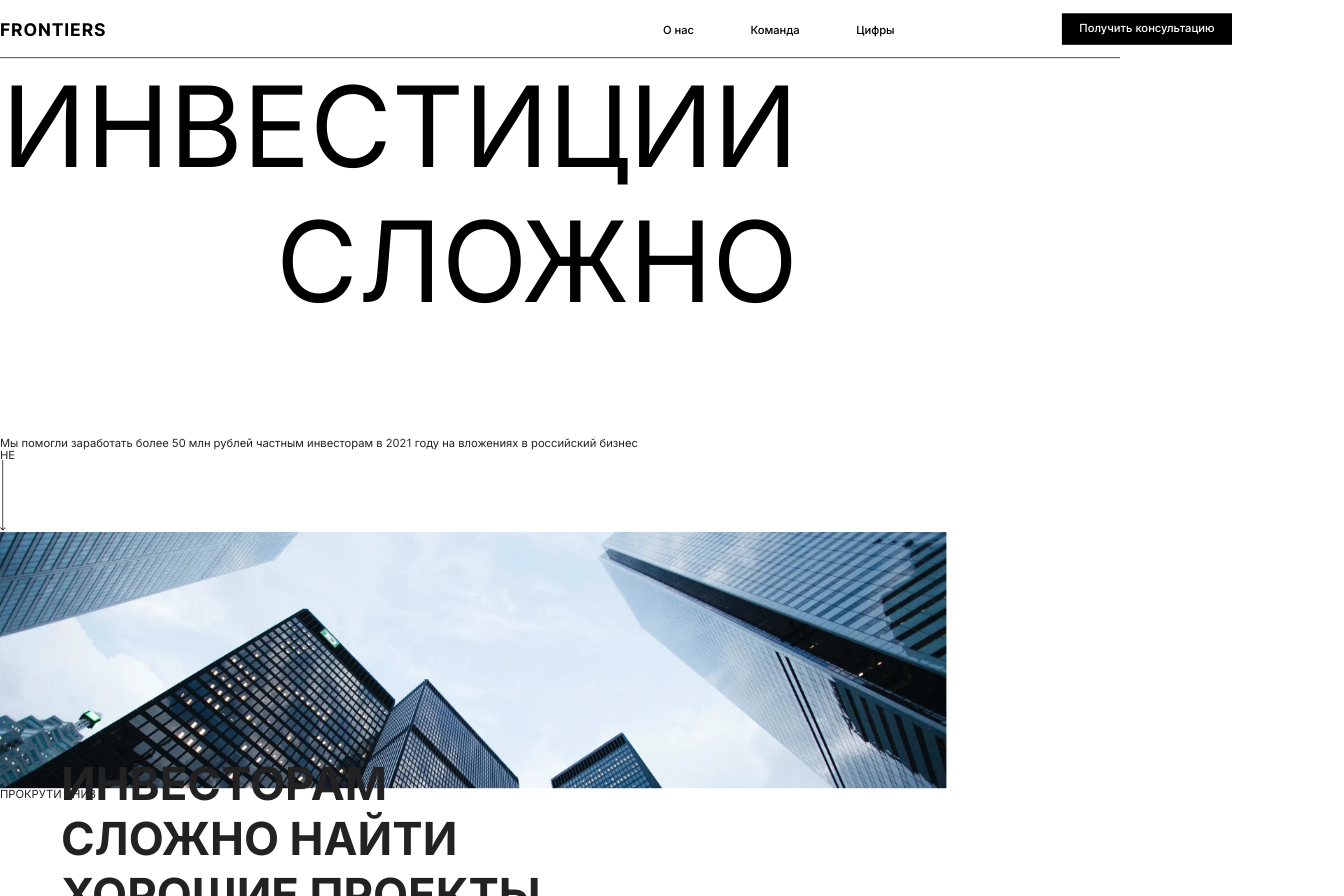
Repository: NadyaKorvin/frontiers
Page: /
An editor plug-in stored every save of this project. The page is shown before and after the next save, followed by the edit.
The browser window is 1280 px wide. The page is 1920 px wide, so the pictures cover 1920 px, including what lies to the right of the window. The pictures show the part of the page from y = 0 to 1280 px (the page is 2633 px tall), at 70% of full size.
The project was rebuilt for these pictures with package versions that can differ from the ones it lists, and the page was loaded fresh each time.

Above is the page before, as saved 2022-05-26 14:35:15.

### public/index.html
<!DOCTYPE html>
<html lang="en">
  <head>
    <meta charset="utf-8" />
    <link rel="icon" href="%PUBLIC_URL%/favicon.ico" />
    <meta name="viewport" content="width=device-width, initial-scale=1" />
    <meta name="theme-color" content="#000000" />
    <meta name="description" content="Web site created using create-react-app" />
    <link rel="apple-touch-icon" href="%PUBLIC_URL%/logo192.png" />
    <link rel="manifest" href="%PUBLIC_URL%/manifest.json" />
    <link rel="preconnect" href="https://fonts.googleapis.com" />
    <link rel="preconnect" href="https://fonts.gstatic.com" crossorigin />
    <link href="https://fonts.googleapis.com/css2?family=Inter:wght@300;400;500;700&display=swap" rel="stylesheet" />
    <title>FRONTIERS</title>
  </head>
  <body>
    <noscript>You need to enable JavaScript to run this app.</noscript>
    <div id="root"></div>
  </body>
</html>

### src/index.js
import React from "react"
import ReactDOM from "react-dom/client"

import App from "./App"

const root = ReactDOM.createRoot(document.getElementById("root"))
root.render(
  <React.StrictMode>
    <App />
  </React.StrictMode>
)

### src/App.js
import { useState } from "react";
import "./App.css";
import { SecondScreenAnimation } from "./components/secondScreen/SecondScreenAnimation";
import FirstScreen from "./components/firstScreen/FirstScreen";
import LastScreen from "./components/lastScreen/LastScreen";

function App() {
  const [mousePosition, setMousePosition] = useState("");

  const listenUpperMousePosition = (event) => {
    console.log(event);
    console.log(event.target);
    setMousePosition(event.target);
  };

  return (
    <>
      <FirstScreen />
      <div className="App">
        <SecondScreenAnimation listenMousePosition={listenUpperMousePosition} />
      </div>
      <LastScreen />
    </>
  );
}
export default App;

### src/App.css
@import url("./reset.css");
@import url("./components/secondScreen/SecondScreen.css");
@import url("./font/font.css");
@import url("./components/firstScreen/FirstScreen.css");
@import url("./components/lastScreen/LastScreen.css");
@import url("./components/button/Button.css");
@import url("./components/form/Form.css");

body {
  font-family: "Inter";
}

### src/components/secondScreen/SecondScreenAnimation.js
export function SecondScreenAnimation({ listenMousePosition, mousePosition }) {
  let goUp = ""
  const goUpBlackLines = (mousePosition) => {
    if (mousePosition === "animation__text_first_part") {
      goUp = "up"
      return goUp
    }
  }
  goUpBlackLines(mousePosition)
  console.log(goUp)
  return (
    <div className="animation__text_block">
      {goUp != "up" ? (
        <div>
          <div className="animation__text" onMouseOver={listenMousePosition}>
            <p className="animation__text_first_part">Инвесторам сложно найти хорошие проекты,</p>
            <p className="animation__text_second_part">а хорошим проектам — инвестиции.</p>
          </div>
          <div className="animation__black_lines">
            <div className="animation__1th_black_line"></div>
            <div className="animation__2th_black_line"></div>
            <div className="animation__3th_black_line"></div>
          </div>
        </div>
      ) : (
        <div>
          <div className="animation__text" onMouseOver={listenMousePosition}>
            <p className="animation__text_first_part" style={{ color: "#fff" }}>
              Инвесторам сложно найти хорошие проекты,
            </p>
            <p className="animation__text_second_part" style={{ color: "#000" }}>
              а хорошим проектам — инвестиции.
            </p>
          </div>
          <div className="animation__black_lines">
            <div className="animation__1th_black_line" style={{ width: "484px", marginTop: "-475px" }}></div>
            <div className="animation__2th_black_line" style={{ width: "586px" }}></div>
            <div className="animation__3th_black_line" style={{ width: "722px" }}></div>
          </div>
        </div>
      )}
    </div>
  )
}

### src/components/firstScreen/FirstScreen.js
import React from "react";
import image from "./image.webp";

export default function firstScreen() {
  const pointer = (
    <svg
      width="8"
      height="101"
      viewBox="0 0 8 101"
      fill="none"
      xmlns="http://www.w3.org/2000/svg"
    >
      <path
        d="M4.35355 100.356C4.15829 100.551 3.84171 100.551 3.64645 100.356L0.464466 97.1735C0.269204 96.9783 0.269204 96.6617 0.464466 96.4664C0.659728 96.2712 0.976311 96.2712 1.17157 96.4664L4 99.2948L6.82843 96.4664C7.02369 96.2712 7.34027 96.2712 7.53553 96.4664C7.7308 96.6617 7.7308 96.9783 7.53553 97.1735L4.35355 100.356ZM3.5 100.002L3.5 0.00195312H4.5L4.5 100.002H3.5Z"
        fill="black"
      />
    </svg>
  );

  return (
    <>
      <section className="firstscreen">
        <header className="firstscreen__header">
          <div className="firstscreen__logotype">FRONTIERS</div>
          <div className="firstscreen__menu">
            <div className="firstscreen__nav">
              <nav className="firstscreen__nav_team">
                <ul>О нас</ul>
                <ul>Команда</ul>
                <ul>Цифры</ul>
              </nav>
            </div>
            <div className="firstscreen__button">
              <p className="firstscreen__text_btn">Получить консультацию</p>
            </div>
          </div>
        </header>
        <div className="firstscreen__content">
          <div className="firstscreen__content_left_text">
            <p>ИНВЕСТИЦИИ</p>
            <p>СЛОЖНО</p>
          </div>
          <div className="firstscreen__content_rihgt_text"></div>
          <p>
            Мы помогли заработать более 50 млн рублей частным инвесторам в 2021
            году на вложениях в российский бизнес
          </p>
          <p>НЕ</p>
          <div className="firstscreen__content_bottom_content">
            <div className="firstscreen__content_pointer">{pointer}</div>
            <img src={image} alt="" className="first__img" />
          </div>
          <p>ПРОКРУТИ ВНИЗ</p>
        </div>
      </section>
    </>
  );
}

### src/components/lastScreen/LastScreen.js
import React from "react";
import Form from "../form/Form"
import LogoKojo from "./LogoKojo"

export default function LastScreen() {
  return (
    <>
      <section className="lastscreen">
        <div className="lastscreen__wrapper">
          <div className="lastscreen__left_content">
            <p>
              ОТПРАВЬТЕ НАМ ЗАЯВКУ НА КОНСУЛЬТАЦИЮ И МЫ ПОДБЕРЕМ ДЛЯ ВАС
              НАИБОЛЕЕ ПОДХОДЯЩУЮ СТРАТЕГИЮ
            </p>
          </div>
          <div className="lastscreen__right_content">
            <div className="lastscreen__text_form">
              <p>ЗАПОЛНИТЕ ФОРМУ И МЫ С ВАМИ СВЯЖЕМСЯ В БЛИЖАЙШЕЕ ВРЕМЯ</p>
            </div>
            <Form />
          </div>
        </div>
        <footer className="lastscreen__footer">
          <div className="lastscreen__contact">
            <p>КОНТАКТЫ</p>
            <p>Санкт-Петербург, Невский пр-кт, 71 (5 этаж)</p>
            <p>+7 000 987 6543</p>
            <p><a href="mailto:info@frontiers.ru" >info@frontiers.ru</a></p>
          </div>
          <div className="lastscreen__design">
            <p>Дизайн и разработка</p>
            <LogoKojo />
          </div>
          <div className="lastscreen__frontiers">
            <p>FRONTIERS</p>
            <p>Политика конфиденциальности</p>
            <p>© 2022 Frontiers Group</p>
          </div>
        </footer>
      </section>
    </>
  );
}

### src/reset.css
html,
body,
div,
span,
applet,
object,
iframe,
h1,
h2,
h3,
h4,
h5,
h6,
p,
blockquote,
pre,
a,
abbr,
acronym,
address,
big,
cite,
code,
del,
dfn,
em,
img,
ins,
kbd,
q,
s,
samp,
small,
strike,
strong,
sub,
sup,
tt,
var,
b,
u,
i,
center,
dl,
dt,
dd,
ol,
ul,
li,
fieldset,
form,
label,
legend,
table,
caption,
tbody,
tfoot,
thead,
tr,
th,
td,
article,
aside,
canvas,
details,
embed,
figure,
figcaption,
footer,
header,
hgroup,
menu,
nav,
output,
ruby,
section,
summary,
time,
mark,
audio,
video {
  margin: 0;
  padding: 0;
  border: 0;
  font-size: 100%;
  font: inherit;
  vertical-align: baseline;
}

:focus {
  outline: 0;
}

article,
aside,
details,
figcaption,
figure,
footer,
header,
hgroup,
menu,
nav,
section {
  display: block;
}

body {
  line-height: 1;
}

ol,
ul {
  list-style: none;
}

blockquote,
q {
  quotes: none;
}

blockquote:before,
blockquote:after,
q:before,
q:after {
  content: "";
  content: none;
}

table {
  border-collapse: collapse;
  border-spacing: 0;
}

input[type="search"]::-webkit-search-cancel-button,
input[type="search"]::-webkit-search-decoration,
input[type="search"]::-webkit-search-results-button,
input[type="search"]::-webkit-search-results-decoration {
  -webkit-appearance: none;
  -moz-appearance: none;
}

input[type="search"] {
  -webkit-appearance: none;
  -moz-appearance: none;
  -webkit-box-sizing: content-box;
  -moz-box-sizing: content-box;
  box-sizing: content-box;
}

textarea {
  overflow: auto;
  vertical-align: top;
  resize: vertical;
}

[hidden] {
  display: none;
}

html {
  font-size: 100%; /* 1 */
  -webkit-text-size-adjust: 100%; /* 2 */
  -ms-text-size-adjust: 100%; /* 2 */
}

a:focus {
  outline: thin dotted;
}

a:active,
a:hover {
  outline: 0;
}

img {
  border: 0;
  -ms-interpolation-mode: bicubic;
}

figure {
  margin: 0;
}

form {
  margin: 0;
}

fieldset {
  border: 1px solid #c0c0c0;
  margin: 0 2px;
  padding: 0.35em 0.625em 0.75em;
}

legend {
  border: 0; /* 1 */
  padding: 0;
  white-space: normal; /* 2 */
  *margin-left: -7px; /* 3 */
}

button,
input,
select,
textarea {
  font-size: 100%; /* 1 */
  margin: 0; /* 2 */
  vertical-align: baseline; /* 3 */
  *vertical-align: middle; /* 3 */
}

button,
input {
  line-height: normal;
}

button,
select {
  text-transform: none;
}

button,
html input[type="button"], /* 1 */
input[type="reset"],
input[type="submit"] {
  -webkit-appearance: button; /* 2 */
  cursor: pointer; /* 3 */
  *overflow: visible; /* 4 */
}

button[disabled],
html input[disabled] {
  cursor: default;
}

input[type="checkbox"],
input[type="radio"] {
  box-sizing: border-box; /* 1 */
  padding: 0; /* 2 */
  *height: 13px; /* 3 */
  *width: 13px; /* 3 */
}

input[type="search"] {
  -webkit-appearance: textfield; /* 1 */
  -moz-box-sizing: content-box;
  -webkit-box-sizing: content-box; /* 2 */
  box-sizing: content-box;
}

input[type="search"]::-webkit-search-cancel-button,
input[type="search"]::-webkit-search-decoration {
  -webkit-appearance: none;
}

button::-moz-focus-inner,
input::-moz-focus-inner {
  border: 0;
  padding: 0;
}

textarea {
  overflow: auto; /* 1 */
  vertical-align: top; /* 2 */
}

table {
  border-collapse: collapse;
  border-spacing: 0;
}

html,
button,
input,
select,
textarea {
  color: #222;
}

::-moz-selection {
  background: #b3d4fc;
  text-shadow: none;
}

::selection {
  background: #b3d4fc;
  text-shadow: none;
}

img {
  vertical-align: middle;
}

fieldset {
  border: 0;
  margin: 0;
  padding: 0;
}

textarea {
  resize: vertical;
}

.chromeframe {
  margin: 0.2em 0;
  background: #ccc;
  color: #000;
  padding: 0.2em 0;
}

### src/components/secondScreen/SecondScreen.css
.second__screen {
  display: flex;
  justify-content: space-between;
  margin: 0 auto;
  margin-top: 174px;
  /* придкмать решение сделать по центру*/
  display: flex;
  width: 1600px;
  height: 733px;
}

.animation__text_block {
  display: block;
  margin-left: 87px;
}

.animation__text_first_part,
.animation__text_second_part {
  width: 770px;
  text-transform: uppercase;
  font-size: 65px;
  font-weight: 700;
  line-height: 79px;
  transition: 0.6s ease-out;
}

.animation__text_second_part {
  color: #fff;
}

.animation__black_lines {
  margin-left: -10px;
  margin-top: -236px;
}

.animation__1th_black_line {
  margin-bottom: 5px;
  height: 75px;
  width: 444px;
  background-color: #000;
  transition: 0.6s ease-out;
}

.animation__2th_black_line {
  margin-bottom: 5px;
  height: 75px;
  width: 475px;
  background-color: #000;
  transition: 0.6s ease-out;
}
.animation__3th_black_line {
  height: 75px;
  width: 502px;
  background-color: #000;
  transition: 0.6s ease-out;
}

.right__part {
  display: flex;
  margin-left: 190px;
  flex-direction: column;
}

.conversation__image {
  margin-right: 222px;
  display: block;
  width: 400px;
  height: 400px;
  background: url("../secondScreen/people.png");
}

.decoration_marks {
  margin-top: -110px;
  transform: rotate(-180deg);
  font-size: 200px;
  font-weight: 300;
}

.text_paragraph {
  margin-left: 90px;
  width: 431px;
  font-size: 18px;
  font-weight: 400;
  line-height: 23px;
  text-transform: uppercase;
  line-height: 130%;
}

### src/font/font.css
@font-face {
  font-family: "Inter";
  src:
    url("./Inter-Bold.ttf") format("truetype")
    url("./Inter-Bold.woff2") format("woff2"),
    url("./Inter-Bold.woff") format("woff");
  font-weight: 700;
  font-style: normal;
  font-stretch: normal;
  unicode-range: U+0020-E0D0;
}

@font-face {
  font-family: "Inter";
  src:
    url("./Inter-Regular.woff2") format("woff2"),
    url("./Inter-Regular.ttf") format("truetype")
    url("./Inter-Regular.woff") format("woff");
  font-weight: 400;
  font-style: normal;
  font-stretch: normal;
  unicode-range: U+0020-E0D0;
}

@font-face {
    font-family:'Inter Medium';
    src:
        url("./Inter-Medium.ttf") format("truetype")
        url('Inter-Medium.woff2') format('woff2'),
		url('Inter-Medium.woff') format('woff');
    font-weight: 500;
    font-style: normal;
    font-stretch: normal;
    unicode-range: U+0020-E0D0;
}

@font-face {
    font-family:'Inter Light';
    src:
        url("./Inter-Light.ttf") format("truetype")
        url('Inter-Light.woff2') format('woff2'),
		url('Inter-Light.woff') format('woff');
    font-weight: 300;
    font-style: normal;
    font-stretch: normal;
    unicode-range: U+0020-E0D0;
}

### src/components/firstScreen/FirstScreen.css
.firstscreen {
  height: 1080px;
}

.firstscreen__header {
  width: 1600px;
  height: 82px;
  margin: 0 auto;
  border-bottom: 1px solid #000000;
  display: flex;
  justify-content: space-between;
}

.firstscreen__logotype {
  width: 151px;
  height: 30px;
  padding-top: 27px;
  font-family: "Inter";
  font-style: normal;
  font-weight: 700;
  font-size: 25px;
  line-height: 30px;
  letter-spacing: 0.05em;
  color: #000000;
}

.firstscreen__menu {
  padding-top: 33px;
  width: 653px;
  display: flex;
  justify-content: space-between;
}

.firstscreen__nav {
  width: 331px;
}

.firstscreen__nav_team {
  display: flex;
  justify-content: space-between;

  font-family: "Inter";
  font-style: normal;
  font-weight: 500;
  font-size: 16px;
  line-height: 19px;

  color: #000000;
}

.firstscreen__button {
  position: absolute;
  width: 243px;
  height: 45px;
  left: 1517px;
  top: 19px;
  background: #000000;
}

.firstscreen__text_btn {
  padding-top: 12px;
  padding-bottom: 12px;
  font-family: "Inter";
  font-style: normal;
  font-weight: 500;
  font-size: 16px;
  line-height: 19px;
  text-align: center;
  color: #ffffff;
}

.firstscreen__content {
  margin: 0 auto;
  width: 1600px;
}

.firstscreen__content_left_text {
  width: 1140px;
  height: 542px;
  display: inline-block;
  vertical-align: auto;
  text-align: end;
  font-family: "Inter";
  font-style: normal;
  font-weight: 400;
  font-size: 160px;
  line-height: 194px;
  text-transform: uppercase;

  color: #000000;
}

.firstscreen__img {
  position: absolute;
  top: 714px;
  left: 568px;
  width: 1352px;
  height: 366px;
}

### src/components/lastScreen/LastScreen.css
.lastscreen {
  width: 1920px;
  height: 1080px;
}

.lastscreen__wrapper {
  position: relative;
  top: 109px;
  left: 170px;
  display: flex;
  justify-content: space-between;
  width: 1590px;
  height: 553px;
}

.lastscreen__left_content {
  position: relative;
  width: 775px;
  height: 553px;
  box-sizing: border-box;
  font-family: "Inter";
  font-style: normal;
  font-weight: 700;
  font-size: 65px;
  line-height: 79px;
  text-transform: uppercase;
  color: #000000;
}

.lastscreen__right_content {
  position: relative;
  width: 529px;
  height: 553px;
}

.lastscreen__text_form {
  width: 529px;
  height: 46px;
  left: 1231px;
  top: 4438px;
  font-family: "Inter";
  font-style: normal;
  font-weight: 400;
  font-size: 18px;
  line-height: 130%;
  text-transform: uppercase;
  color: #000000;
}

.lastscreen__footer {
  position: relative;
  margin: 308px 160px 0;
  width: 1600px;
  border-top: 1px solid #000000;
  bottom: 0px;
  display: flex;
  justify-content: space-between;
}

.lastscreen__contact {
  width: 357px;
}

.lastscreen__contact > p:nth-child(1) {
  padding: 33px 0 20px;
  font-family: "Inter";
  font-style: normal;
  font-weight: 700;
  font-size: 25px;
  line-height: 30px;
  color: #000000;
}

.contact > p:nth-child(2),
.contact > p:nth-child(3),
.contact > p:nth-child(4) {
  padding-bottom: 15px;
}

.design {
  padding-top: 150px;
  width: 260px;
  display: flex;
  margin-left: -80px;
  justify-content: space-between;
}

.frontiers {
  width: 250px;
  text-align: end;
}

.lastscreen__frontiers > p:nth-child(1) {
    padding: 30px 0 57px;
    font-family: "Inter";
    font-style: normal;
    font-weight: 700;
    font-size: 25px;
    line-height: 30px;
    color: #000000;
  }

.lastscreen__frontiers > p:nth-child(2),
.lastscreen__frontiers > p:nth-child(3) {
    padding-bottom: 15px;
}

a {
    text-decoration: none;
    color: #000000;
}

### src/components/button/Button.css
.form__button {
  position: relative;
  display: block;
  width: 243px;
  height: 55px;
  font-family: "Inter";
  font-size: 16px;
  background-color: #000000;
  border: 0;
  text-align: center;
  cursor: pointer;
  font-family: "Inter";
  font-style: normal;
  font-weight: 500;
  font-size: 16px;
  line-height: 19px;
  color: #ffffff;
}

### src/components/form/Form.css
.form {
  margin-top: 60px;
  width: 529px;
  height: 355px;
  border-top: 1px solid #d1d1d1;
}

.form__input,
.form__textarea {
  width: 529px;
  height: 80px;
  border: 0;
  outline: none;
  font-size: 18px;
  color: #000000;
  text-transform: uppercase;
}

.form__textarea {
  height: 80px;
  line-height: 80px;
  overflow: hidden;
  /* resize: none; */
}

.form__borders {
  border-bottom: 1px solid #d1d1d1;
}

.form__consent {
  display: -webkit-box;
  display: -ms-flexbox;
  display: flex;
  margin: 30px 0 0;
}

.form__policy_text {
  margin-top: 15px;
  margin-left: 15px;
  width: 250px;
  height: 40px;
  box-sizing: border-box;
  font-family: "Inter";
  font-style: normal;
  font-weight: 400;
  font-size: 13px;
  line-height: 150%;
  color: #787878;
}

.form__checkbox {
  opacity: 0;
  width: 0;
}

.form__checkfake {
  margin: 15px 0;
  display: block;
  width: 15px;
  height: 15px;
  border: 1px solid #1f1f1f;
  cursor: pointer;
}

.form__checkfake::before {
  content: "";
  position: absolute;
  display: block;
  width: 14px;
  height: 14px;
  background: url("./checkmark.svg");
  opacity: 0;
}

.form__checkbox:checked + .form__checkfake::before {
  opacity: 1;
}

.form__focus {
  text-transform: uppercase;
  color: #ff0000;
  margin-bottom: 10px;
  font-size: 13px;
}

.form__focus_consent {
  position: relative;
  top: 10px;
  text-transform: uppercase;
  color: #ff0000;
  font-size: 13px;
}

.form__btn {
    margin-top: 14px;
  position: relative;
  overflow: hidden;
}

### src/components/button/Button.js
import React from "react";

export default function Button({ title }) {
  return (
    <>
      <button className="form__button" >
        {title}
      </button>
    </>
  );
}

Loaded but not shown: src/components/lastScreen/LogoKojo.js (76 lines, source omitted); src/components/form/Form.js (142 lines, source omitted)

After the next save:
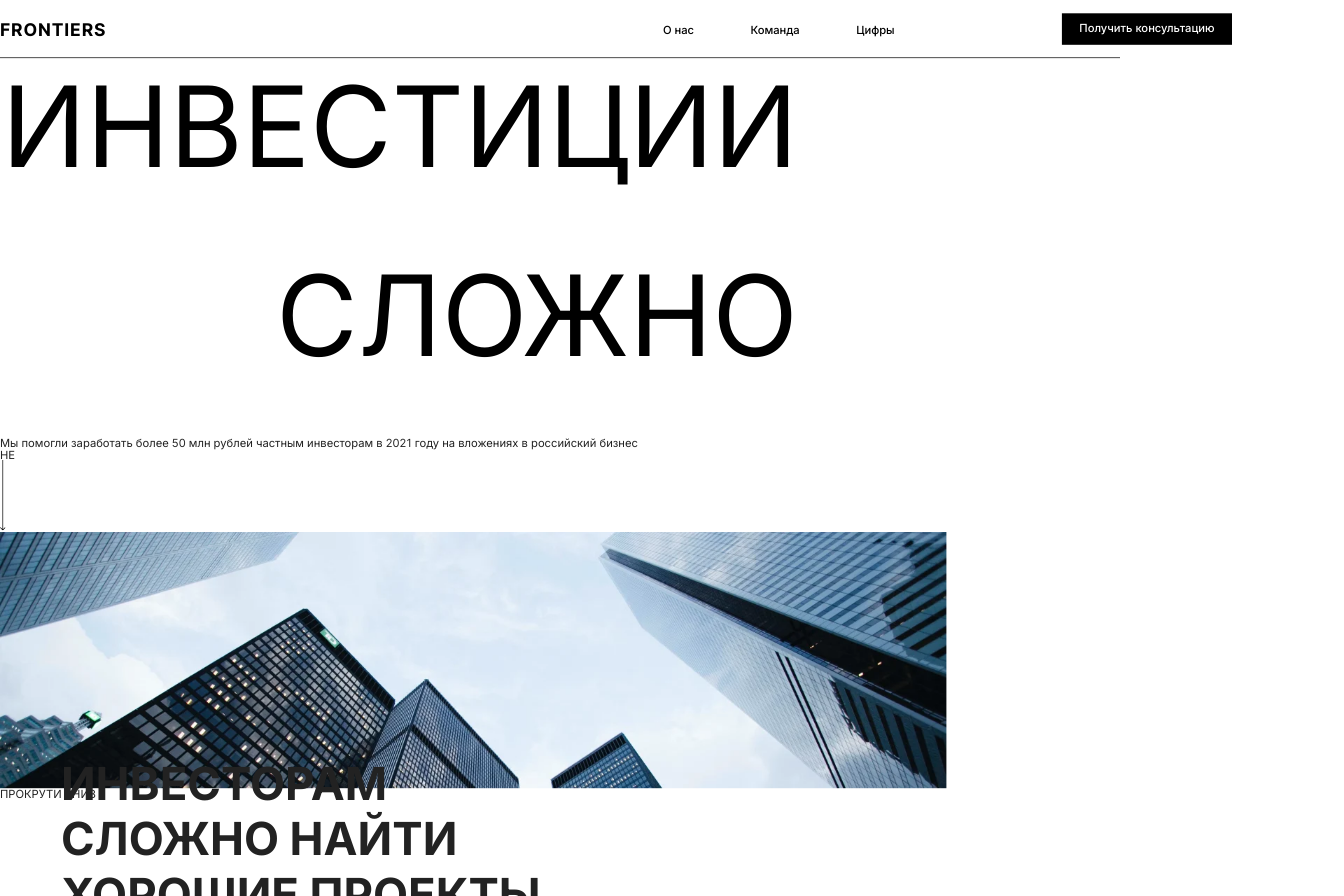
Saved 5 s later.
--- a/src/components/firstScreen/FirstScreen.css
+++ b/src/components/firstScreen/FirstScreen.css
@@ -77,8 +77,7 @@
 .firstscreen__content_left_text {
   width: 1140px;
   height: 542px;
-  display: inline-block;
-  vertical-align: auto;
+  display: inline-grid;
   text-align: end;
   font-family: "Inter";
   font-style: normal;
